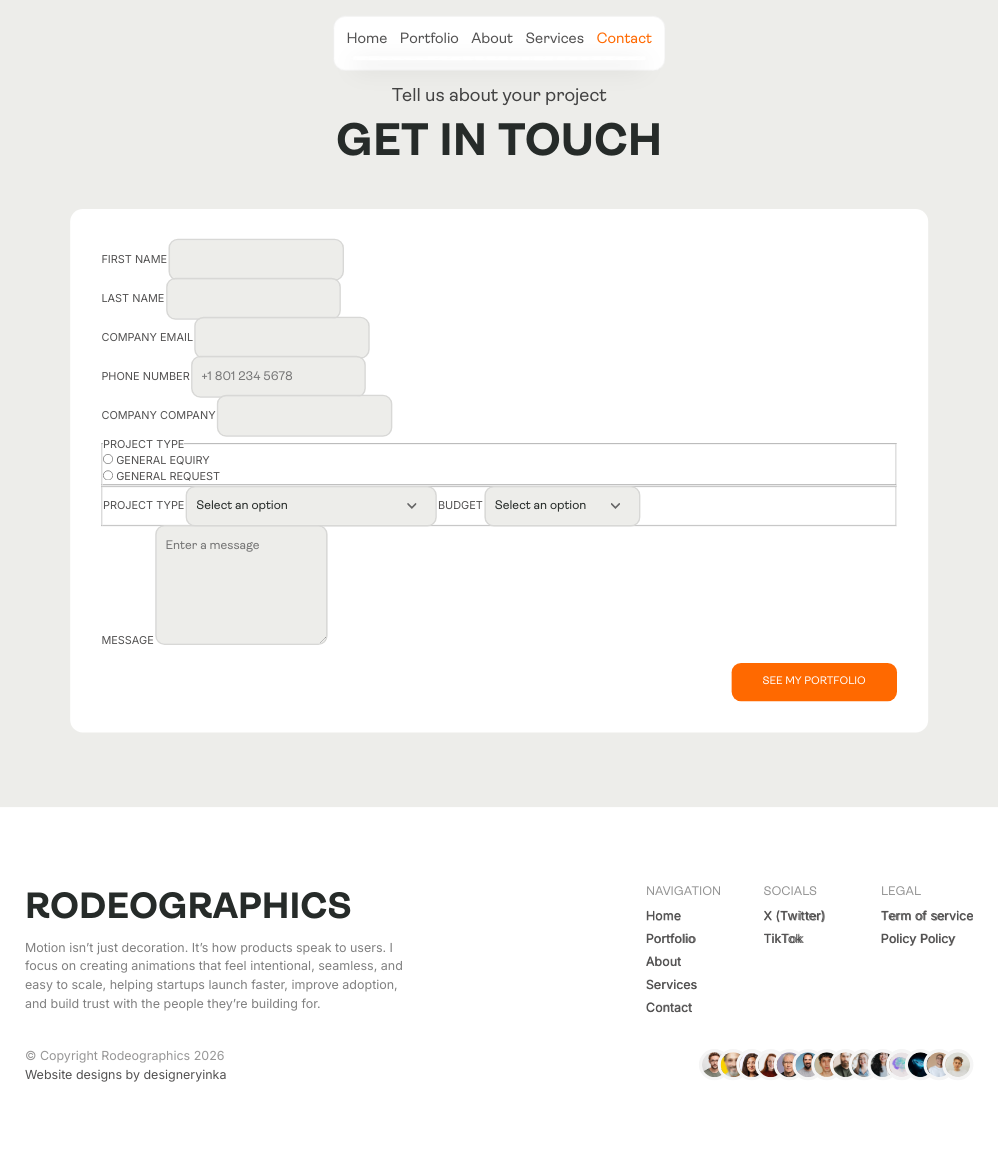
Repository: Ajeyinka/RodeoGraphics
Page: contact.html
An editor plug-in stored every save of this project. The page is shown before and after the next save, followed by the edit.
The browser window is 1280 px wide. The pictures show the whole page, at 78% of full size.

Above is the page before, as saved 2026-02-21 21:17:21.
Console error: ReferenceError: gsap is not defined

After the next save:
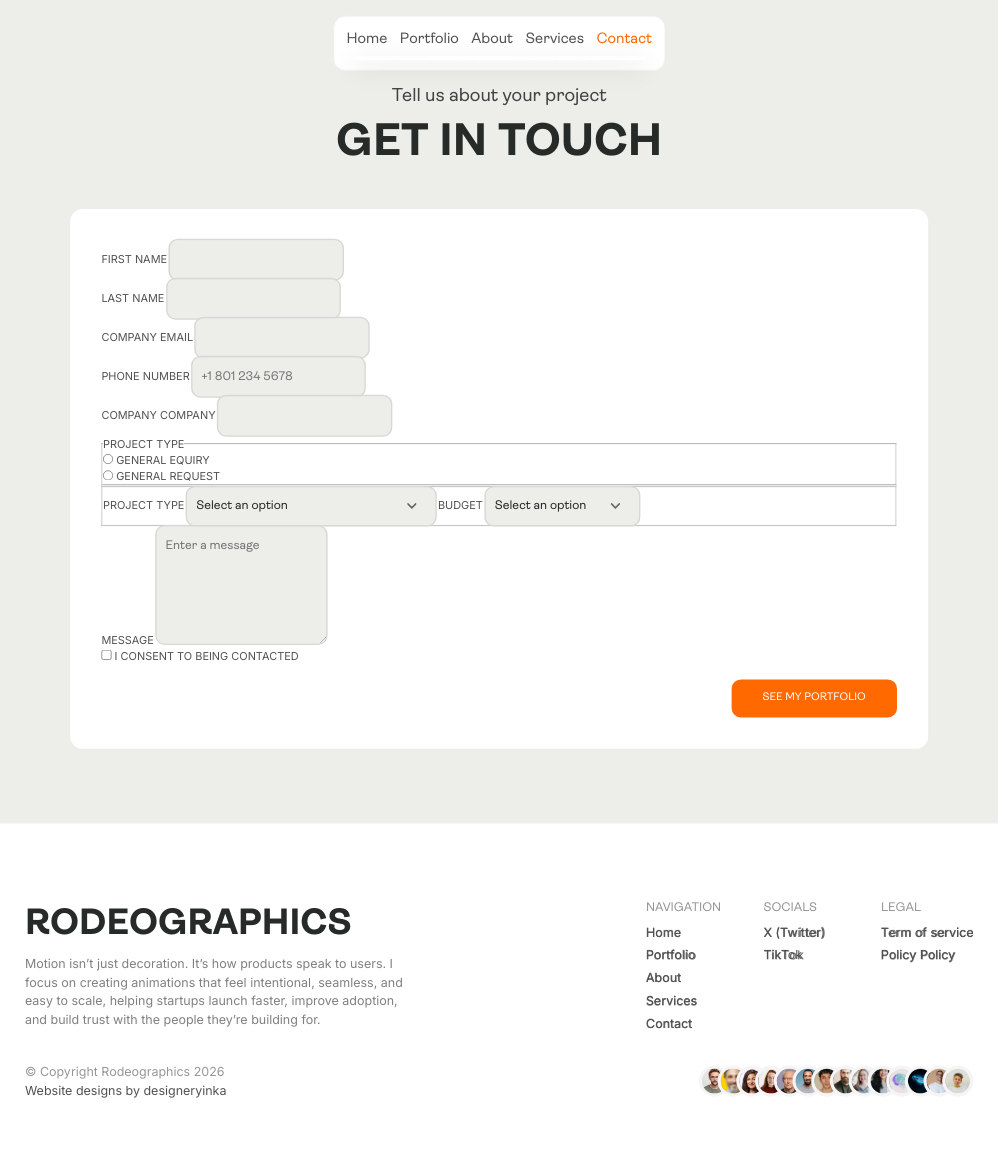
Saved 116 s later.
--- a/contact.html
+++ b/contact.html
@@ -202,6 +202,10 @@
                     placeholder="Enter a message"
                   ></textarea>
                 </div>
+                <div class="form-group">
+                  <input type="checkbox" name="consent" id="consent" required />
+                  <label for="consent">I consent to being contacted</label>
+                </div>
 
                 <div class="input-submit">
                   <button type="submit" class="button-submit button">
